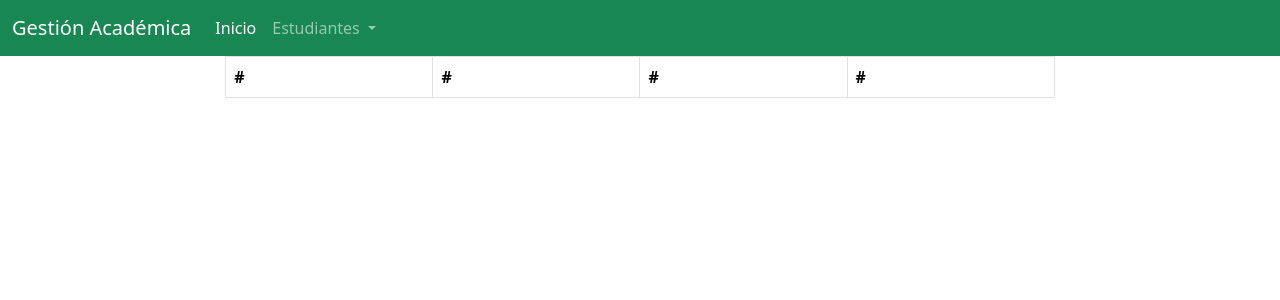
Repository: cesartomedes/frontacademico
Page: /
These files come from the project's save history. The page is drawn as it stood at one moment and after the next save; the edit follows.
The browser window is 1280 px wide. The pictures show the whole page.
The project was rebuilt for these pictures with package versions that can differ from the ones it lists, and the page was loaded fresh each time. Also part of the build but not shown: vue.config.js, src/components/HelloWorld.vue, src/views/EstudianteNew.vue, src/views/EstudianteEdit.vue, src/views/EstudianteView.vue.

Above is the page before, as saved 2023-10-24 15:43:41.

### src/main.js
import { createApp } from 'vue'
import App from './App.vue'
import router from './router'
import store from './store'
import '@fortawesome/fontawesome-free/css/all.min.css'
import 'bootstrap/dist/css/bootstrap.css'


createApp(App).use(store).use(router).mount('#app')

import 'bootstrap/dist/js/bootstrap'

### src/App.vue
<template>
      <nav class="navbar navbar-expand-lg navbar-dark bg-success">
        <div class="container-fluid">
          <a class="navbar-brand" href="#">Gestión Académica</a>
          <button class="navbar-toggler" type="button" data-bs-toggle="collapse" data-bs-target="#navbarSupportedContent" aria-controls="navbarSupportedContent" aria-expanded="false" aria-label="Toggle navigation">
            <span class="navbar-toggler-icon"></span>
          </button>
          <div class="collapse navbar-collapse" id="navbarSupportedContent">
            <ul class="navbar-nav me-auto mb-2 mb-lg-0">
              <li class="nav-item">
                <a class="nav-link active" aria-current="page" href="#">Inicio</a>
              </li>

              <li class="nav-item dropdown">
                <a class="nav-link dropdown-toggle" href="#" role="button" data-bs-toggle="dropdown" aria-expanded="false">
                  Estudiantes
                </a>
                <ul class="dropdown-menu">

                  <li>
                    <router-link class="dropdown-item" to="/">Listar Estudiantes</router-link>
                  </li>

                  <li>
                    <router-link class="dropdown-item" to="/createE">Registrar Nuevo</router-link>
                  </li>
                  <li><hr class="dropdown-divider"></li>
                  <li><a class="dropdown-item" href="#">Something else here</a></li>
                </ul>
              </li>
            </ul>

          </div>
        </div>
    </nav>
    <div class="container-fluid">
      <router-view/>
    </div>

</template>

### src/router/index.js
import { createRouter, createWebHashHistory } from 'vue-router'
import HomeView from '../views/HomeView.vue'
import EstudianteNew from '../views/EstudianteNew.vue'
import EstudianteEdit from '../views/EstudianteEdit.vue'
import EstudianteView from '../views/EstudianteView.vue'

const routes = [
  {
    path: '/',
    name: 'home',
    component: HomeView
  },

  {
    path: '/createE',
    name: 'createE',
    component: EstudianteNew
  },

  {
    path: '/editE/:id',
    name: 'editE',
    component: EstudianteEdit
  },

  {
    path: '/viewE/:id',
    name: 'viewE',
    component: EstudianteView
  }
]

const router = createRouter({
  history: createWebHashHistory(),
  routes
})

export default router

### src/views/HomeView.vue
<template>
      <div class="row">
        <div class="col-lg-8 offset-lg-2">
          <div class="table-responsive">
            <table class="table table-bordered table-hover">
              <thead>
                <tr>
                  <th>#</th>
                  <th>#</th>
                  <th>#</th>
                  <th>#</th>
                </tr>
              </thead>
            </table>
          </div>
        </div>
      </div>
</template>

<script>
// @ is an alias to /src
import HelloWorld from '@/components/HelloWorld.vue'

export default {
  name: 'HomeView',
  components: {
    HelloWorld
  }
}
</script>

Loaded but not shown: public/index.html (common file); src/store/index.js (common file)

After the next save:
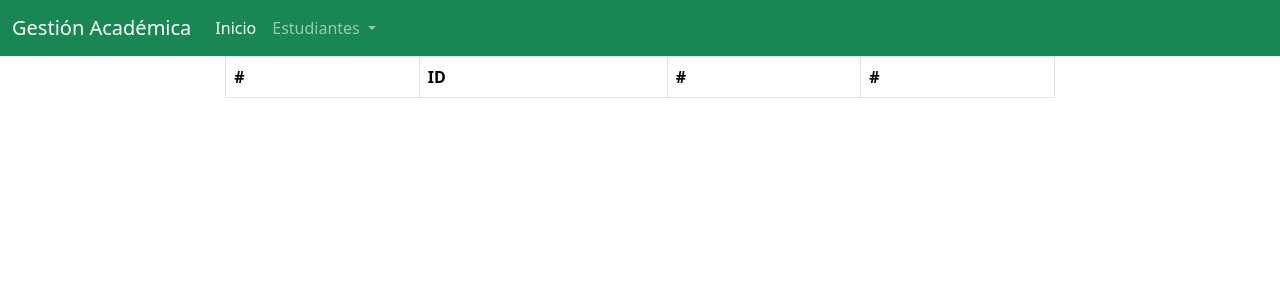
Saved 5 s later.
--- a/src/views/HomeView.vue
+++ b/src/views/HomeView.vue
@@ -6,7 +6,7 @@
               <thead>
                 <tr>
                   <th>#</th>
-                  <th>#</th>
+                  <th>ID</th>
                   <th>#</th>
                   <th>#</th>
                 </tr>
